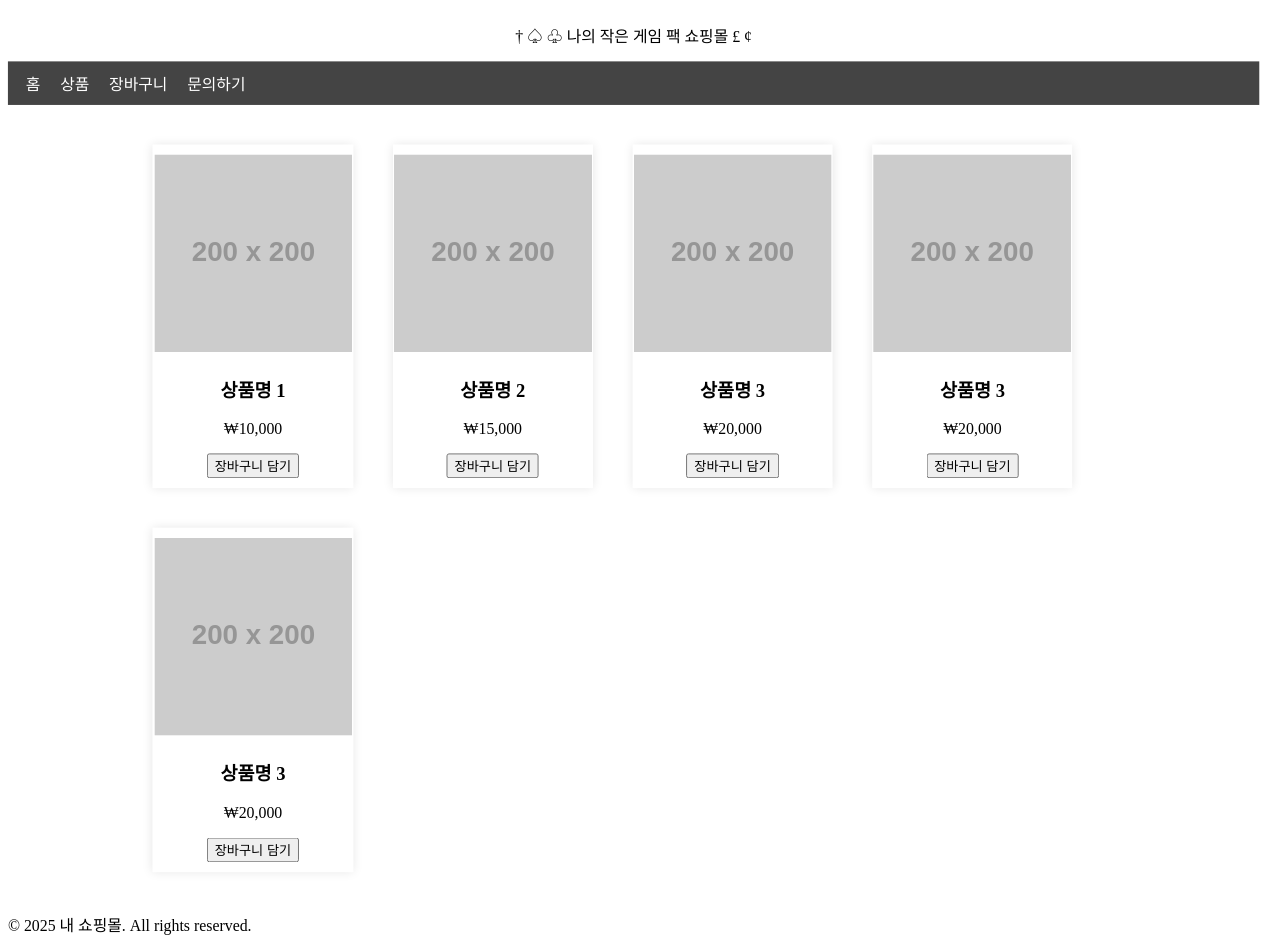
Repository: SeungYeon04/A_AssetsJSP
Page: http://localhost/JSP_Start01/
The author's editor kept a copy of each file at every save. The page is drawn from the files as they stood at one save, then again after the next save.
The browser window is 1280 px wide. The pictures show the whole page, at 99% of full size.
Some web fonts or font styles are not loaded; a fallback is used. The page is served by Tomcat 9.

Above is the page before, as saved 2025-03-11 06:00:17.

After the next save:
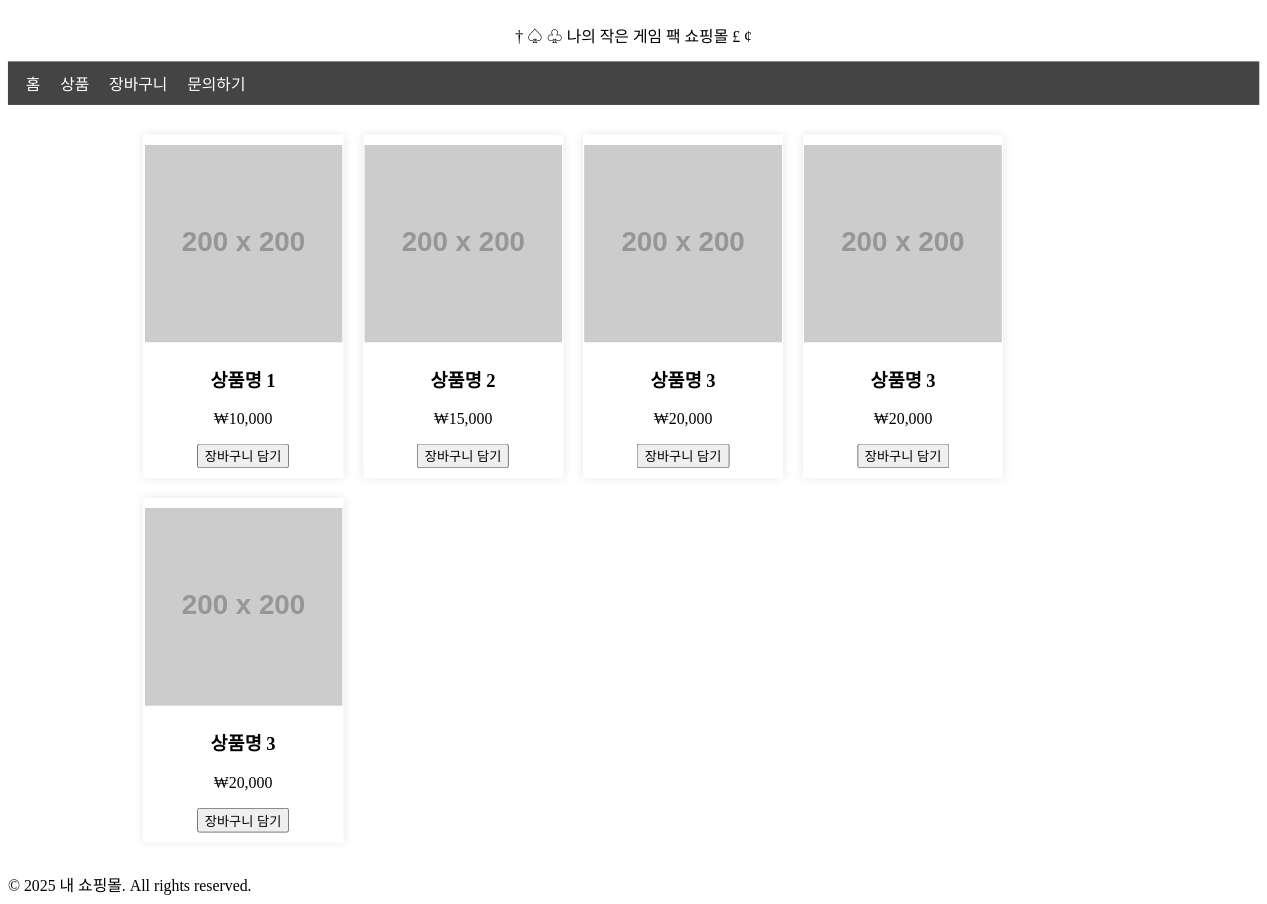
Saved 11 s later.
--- a/JSP_Start01/src/main/webapp/index.jsp
+++ b/JSP_Start01/src/main/webapp/index.jsp
@@ -105,7 +105,7 @@
 			padding-bottom: 10px;
 			box-shadow: 0 0 10px rgba(0, 0, 0, 0.1);
 			text-align: center;
-			margin: 20px;
+			margin: 10px;
 		}
 
 
